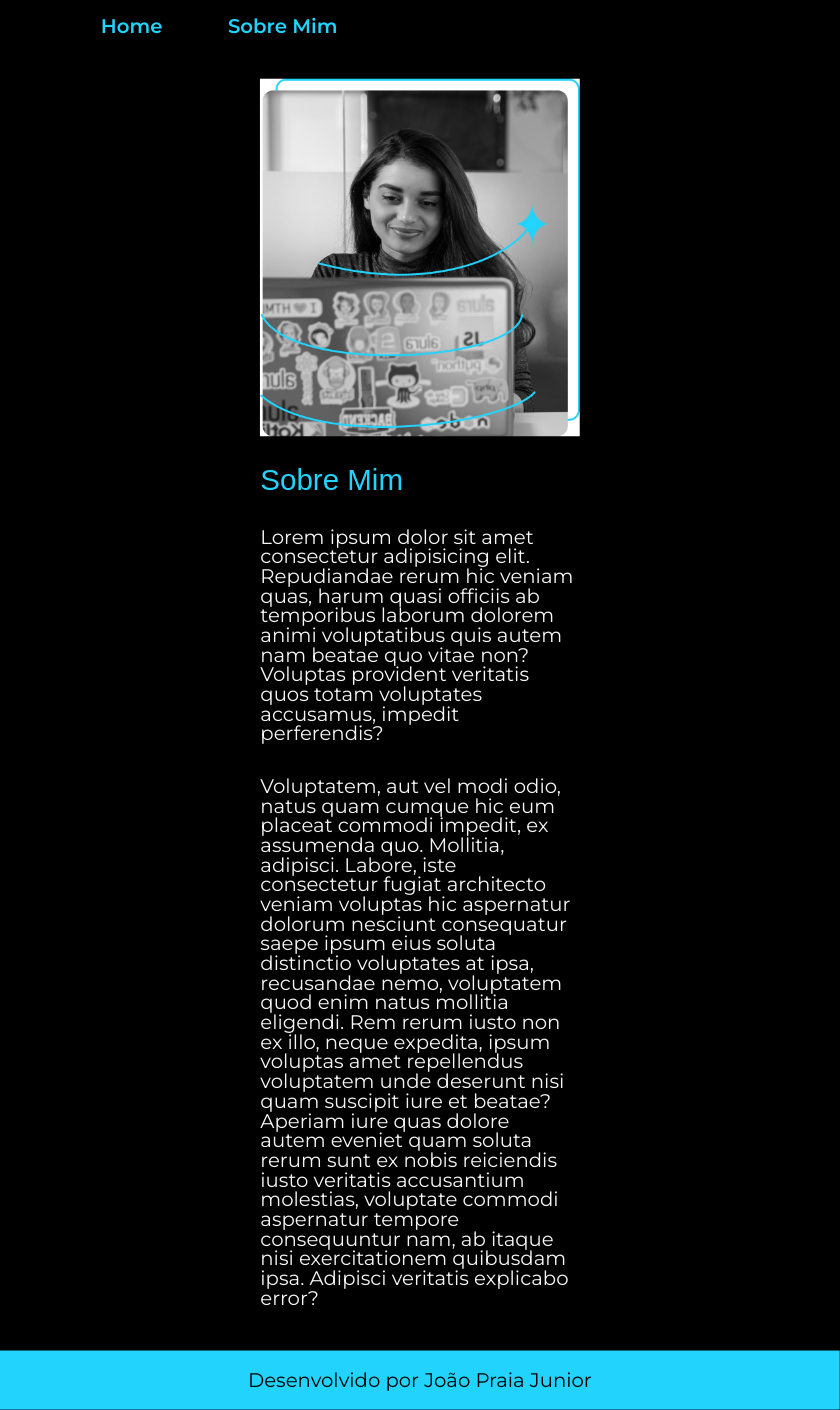
Repository: joaoPraiaJunior/html-basico
Page: about.html
An editor plug-in stored every save of this project. The page is shown before and after the next save, followed by the edit.
The browser window is 1024 px wide. The pictures show the whole page, at 82% of full size.
Some web fonts or font styles are not loaded; a fallback is used. Some web libraries are served in a nearby version.

Above is the page before, as saved 2024-06-08 16:33:04.

After the next save:
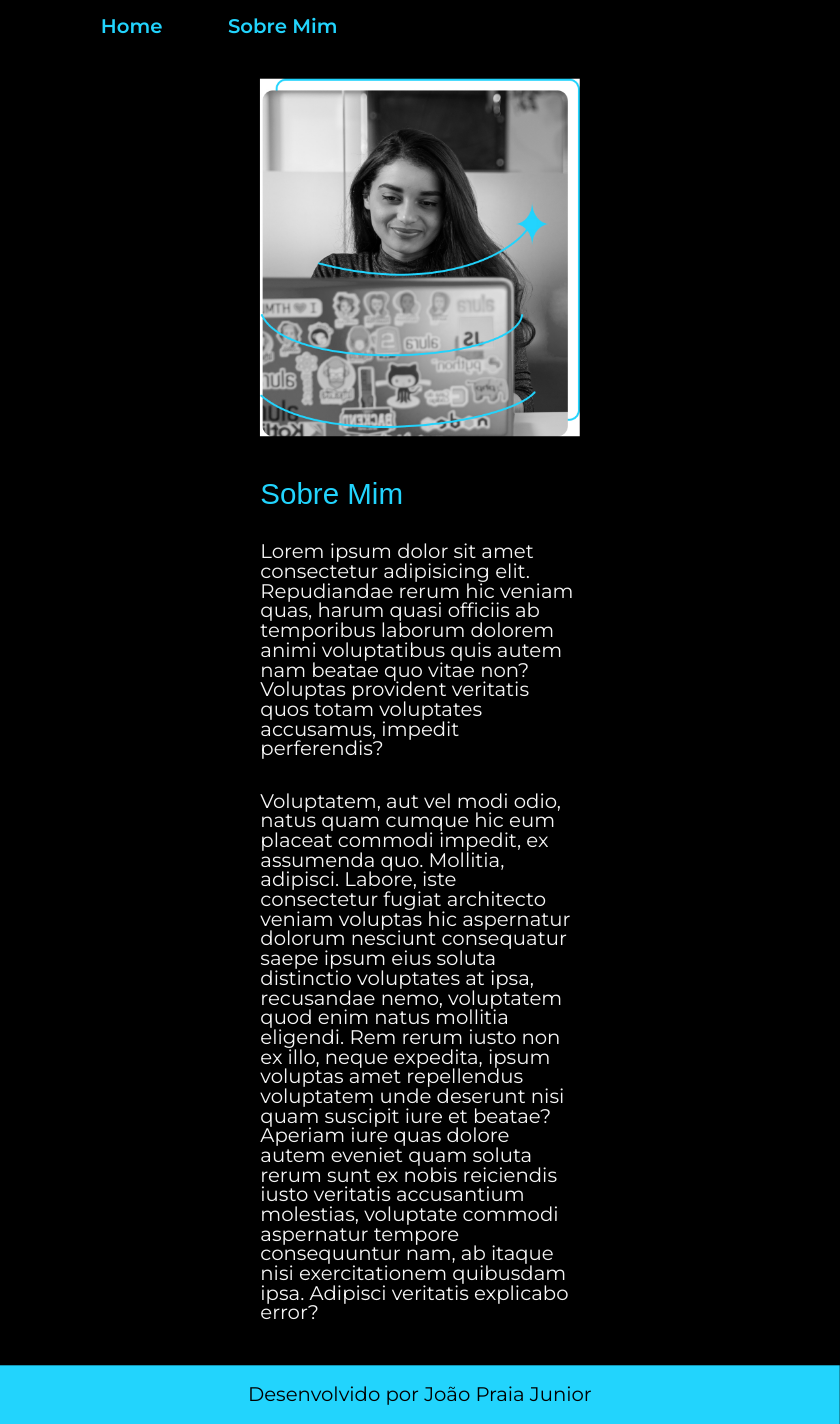
Saved 61 s later.
--- a/css/style.css
+++ b/css/style.css
@@ -133,6 +133,6 @@
 @media (max-width: 1200px) {
   .apresentacao {
     flex-direction: column-reverse;
-    row-gap: 32px;
+    row-gap: 50px;
   }
 }
